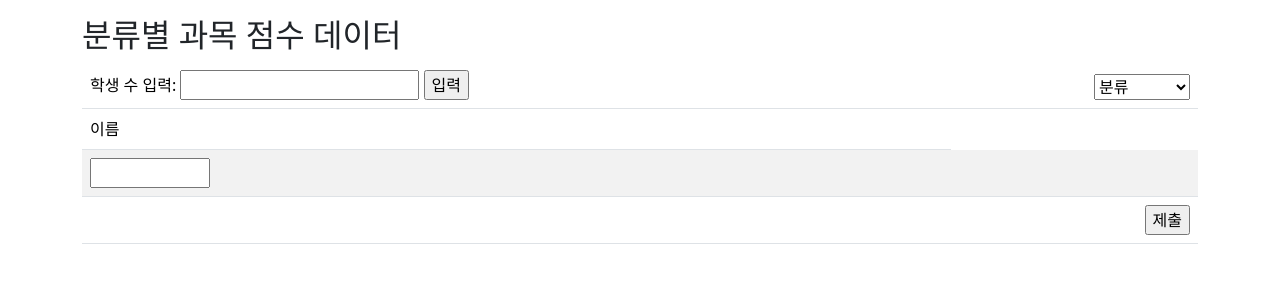
Repository: pshho/newJspProject
Page: http://localhost/JspProj/hwProject/categories
These files come from the project's save history. The page is drawn as it stood at one moment and after the next save; the edit follows.
The browser window is 1280 px wide. The pictures show the whole page.
The page is served by Tomcat 9.

Above is the page before, as saved 2023-08-01 06:09:25.

After the next save:
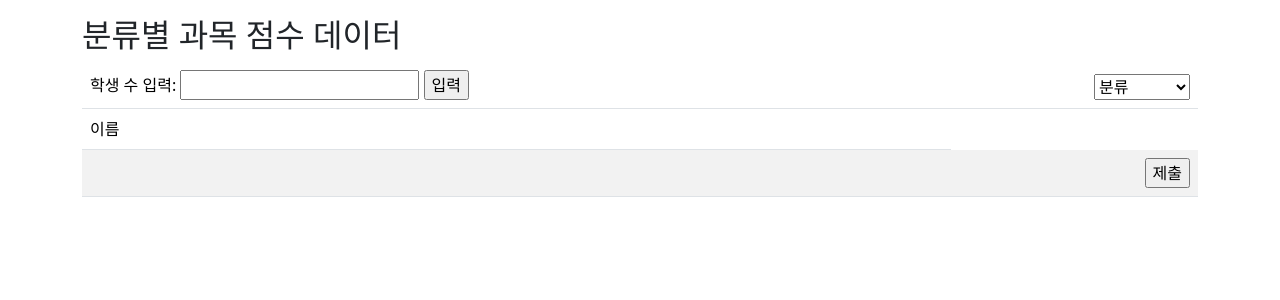
Saved 2 min 29 s later.
--- a/JspProj/src/main/webapp/hwProject/categories.jsp
+++ b/JspProj/src/main/webapp/hwProject/categories.jsp
@@ -62,16 +62,18 @@ crossorigin="anonymous"></script>
 				</thead>
 				<tbody>
 					<!-- 랜덤 이름 데이터 for문으로 이름 수만큼 행 생성 -->
-					<c:forEach begin="0" end="${ fn:length(names) }">
-						<tr>
-							<td colspan="2"><input type="text" name="name" style="width: 120px;"></td>
-							<!-- 해당 카테고리만큼 과목 수에 따라 랜덤 점수 데이터 열 생성 및 대입 -->
-							<c:forEach var="dis" items="${ distinct }">
-								<td><input type="text" name="subjects"
-									value="<%= rd.nextInt(50, 100) %>" style="width: 50%;"></td>
-							</c:forEach>
-						</tr>
-					</c:forEach>
+					<c:if test="">
+						<c:forEach begin="0" end="${ fn:length(names) }">
+							<tr>
+								<td colspan="2"><input type="text" name="name" style="width: 120px;"></td>
+								<!-- 해당 카테고리만큼 과목 수에 따라 랜덤 점수 데이터 열 생성 및 대입 -->
+								<c:forEach var="dis" items="${ distinct }">
+									<td><input type="text" name="subjects"
+										value="<%= rd.nextInt(50, 100) %>" style="width: 50%;"></td>
+								</c:forEach>
+							</tr>
+						</c:forEach>
+					</c:if>
 					<tr>
 						<td colspan="${ fn:length(distinct) + 2 }" align="right">
 							<input type="submit" value="제출" />
